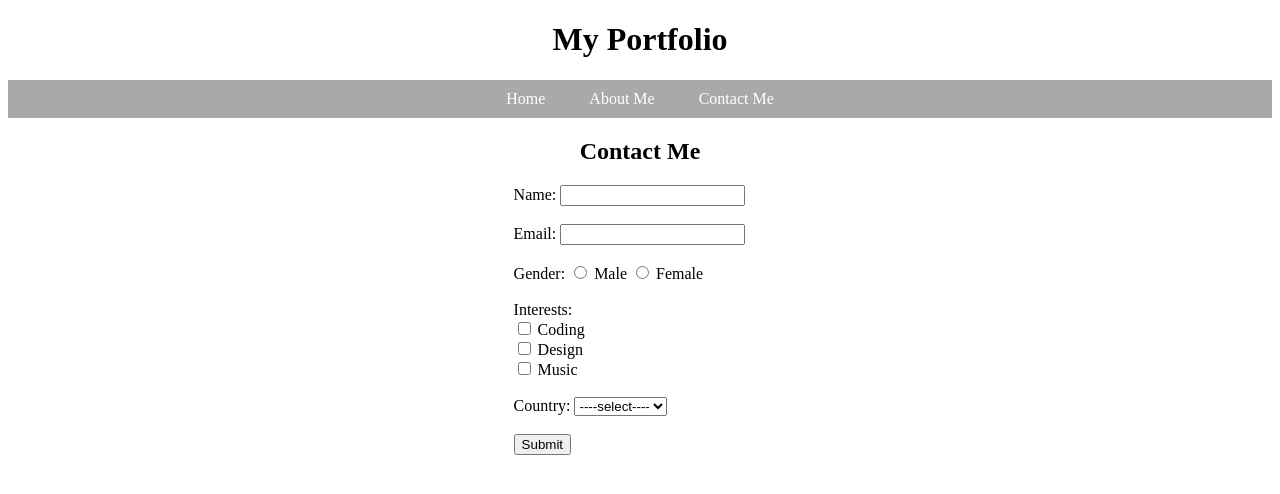
Repository: harshitanthal1/my_portfolio
Page: public/contactme.html
An editor plug-in stored every save of this project. The page is shown before and after the next save, followed by the edit.
The browser window is 1280 px wide. The pictures show the whole page.

Above is the page before, as saved 2024-02-04 11:21:19.

### public/contactme.html
<!DOCTYPE html>
<html lang="en">
<head>
    <meta charset="UTF-8">
    <meta name="viewport" content="width=device-width, initial-scale=1.0">
    <title>My Portfolio</title>
    <link rel="stylesheet" href="styles/styles.css" />
</head>
<body>
    <header><h1>My Portfolio</h1></header>
    <nav>
        <li><a href="index.html" >Home</a></li>
        <li><a href="aboutme.html" >About Me</a></li>
        <li><a href="contactme.html" >Contact Me</a></li>
    </nav>

    <h2>Contact Me</h2>
  <form>
    <label for="name">Name:</label>
    <input type="text" id="name" name="name" required>
    <br />
    <br />

    <label for="email">Email:</label>
    <input type="email" id="email" name="email" required>
    <br />
    <br />

    <label>Gender:</label>
    <label><input type="radio" name="gender" value="male"> Male</label>
    <label><input type="radio" name="gender" value="female"> Female</label>
    <br />
    <br />

    <label for="interests">Interests:</label><br />
    <label><input type="checkbox" name="interests" value="coding"> Coding</label><br />
    <label><input type="checkbox" name="interests" value="design"> Design</label><br />
    <label><input type="checkbox" name="interests" value="music"> Music</label><br />
    <br />

    <label for="country">Country:</label>
    <select id="country" name="country">
      <option value="select">----select----</option>
      <option value="india">India</option>
      <option value="usa">USA</option>
      <option value="canada">Canada</option>
      <option value="uk">UK</option>
    </select>
    <br />
    <br />

    <input type="submit" value="Submit">
  </form>
</body>
</html>

### styles/styles.css
header {
    text-align: center;
}

nav {
    background-color: darkgrey;
    color: white;
    padding: 10px;
    text-align: center;
}

li {
    display: inline;
    margin-right: 20px;
    margin-left: 20px;
}

a {
    text-decoration: none;
    color: white;
}

main {
    display: flex;
    flex-direction: row;
}

#profile {
    width: 29%;
    margin-right: 1%;;
    padding: 10px;
    width: 350px;
    border-right: 2px solid black;
}

#info {
    display: flex;
    width: 70%;
    justify-content: space-around;
}

.sub-box {
    width: 30%;
    border: 1.5px solid black;
    border-radius: 25px;
    padding: 10px;
}

h3 {
    text-align: center;
    border-bottom: 1.5px solid black;

}

#profile-summery {
    text-align: justify;
}

#home-intro {
    font-size: 44px;
    margin-left: 3%;
    margin-top: 3%;
    border-left: 2px solid black;
    padding-left: 20px;
}

img {
    border-radius: 50%;
}

h2 {
    text-align: center;
}

form {
    margin-left: 40%;

}

After the next save:
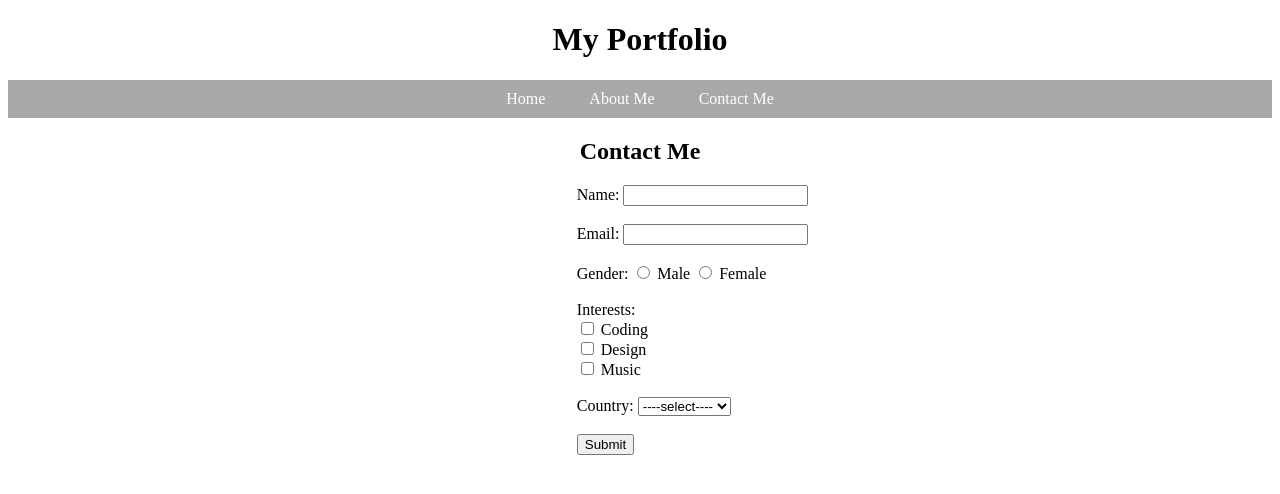
Saved 5 s later.
--- a/styles/styles.css
+++ b/styles/styles.css
@@ -73,6 +73,6 @@ h2 {
 }
 
 form {
-    margin-left: 40%;
+    margin-left: 45%;
 
 }
